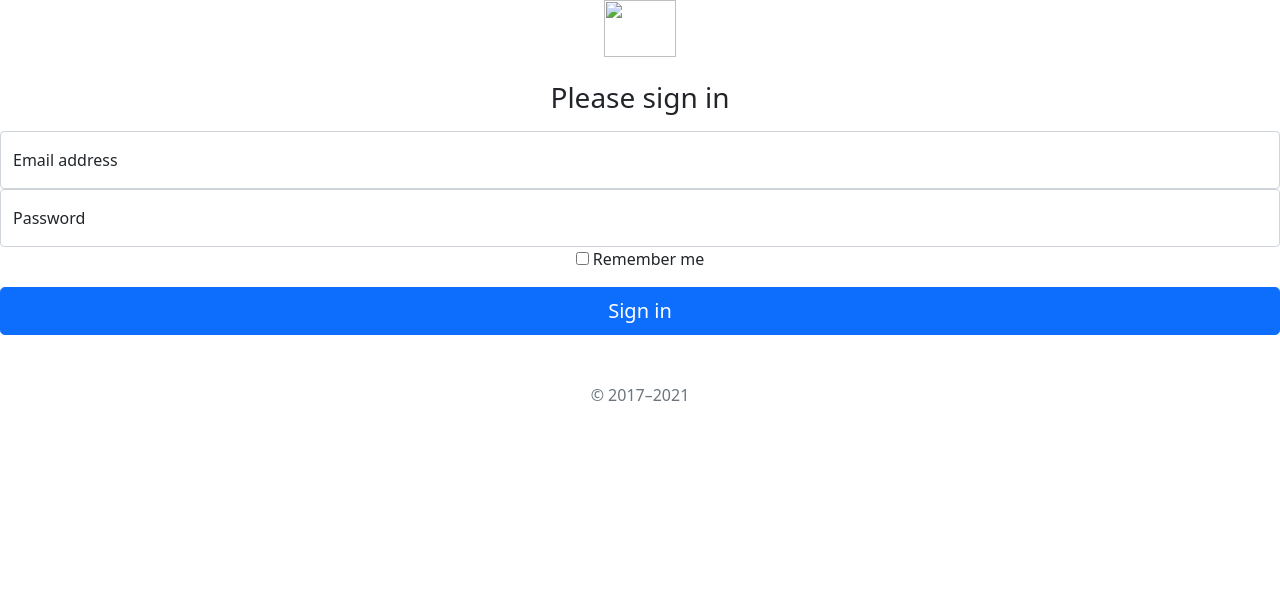
Repository: gustavo491/Dashboard
Page: http://localhost/login
These files come from the project's save history. The page is drawn as it stood at one moment and after the next save; the edit follows.
The browser window is 1280 px wide. The pictures show the whole page.
The page is served by the project's Laravel application, run on PHP 8.4 with Laravel 8. Other server files are loaded and not shown.

Above is the page before, as saved 2021-07-05 14:19:11.

### routes/web.php
<?php

use Illuminate\Support\Facades\Route;
use App\Http\Controllers\AuthController;

/*
|--------------------------------------------------------------------------
| Web Routes
|--------------------------------------------------------------------------
|
| Here is where you can register web routes for your application. These
| routes are loaded by the RouteServiceProvider within a group which
| contains the "web" middleware group. Now create something great!
|
*/

Route::get('/', function () {
    return view('welcome');
});

Route::get('/login', [AuthController::class, 'login']);
//Router::post('/mydocuments/sign', 'Guest@signMyDocuments');

### app/Http/Controllers/AuthController.php
<?php

namespace App\Http\Controllers;

use Illuminate\Http\Request;

class AuthController extends Controller
{
    public function Login(){


        return view('admin/login');
    }
}

### resources/views/admin/login.blade.php
<!doctype html>
<html lang="pt-br">
  <head>
    <meta charset="utf-8">
    <meta name="viewport" content="width=device-width, initial-scale=1">
    <meta name="description" content="">
    <meta name="author" content="Mark Otto, Jacob Thornton, and Bootstrap contributors">
    <meta name="generator" content="Hugo 0.84.0">
    <title>Signin Template · Bootstrap v5.0</title>

    <link rel="canonical" href="https://getbootstrap.com/docs/5.0/examples/sign-in/">



    <!-- Bootstrap core CSS -->
<link href="assets/css/bootstrap.min.css" rel="stylesheet">

    <style>
      .bd-placeholder-img {
        font-size: 1.125rem;
        text-anchor: middle;
        -webkit-user-select: none;
        -moz-user-select: none;
        user-select: none;
      }

      @media (min-width: 768px) {
        .bd-placeholder-img-lg {
          font-size: 3.5rem;
        }
      }
    </style>


    <!-- Custom styles for this template -->
    <link href="signin.css" rel="stylesheet">
  </head>
  <body class="text-center">

<main class="form-signin">
  <form>
    <img class="mb-4" src="../assets/brand/bootstrap-logo.svg" alt="" width="72" height="57">
    <h1 class="h3 mb-3 fw-normal">Please sign in</h1>

    <div class="form-floating">
      <input type="email" class="form-control" id="floatingInput" placeholder="name@example.com">
      <label for="floatingInput">Email address</label>
    </div>
    <div class="form-floating">
      <input type="password" class="form-control" id="floatingPassword" placeholder="Password">
      <label for="floatingPassword">Password</label>
    </div>

    <div class="checkbox mb-3">
      <label>
        <input type="checkbox" value="remember-me"> Remember me
      </label>
    </div>
    <button class="w-100 btn btn-lg btn-primary" type="submit">Sign in</button>
    <p class="mt-5 mb-3 text-muted">&copy; 2017–2021</p>
  </form>
</main>



  </body>
</html>

Loaded but not shown: app/Http/Controllers/Controller.php (common file); public/css/bootstrap.min.css (library); css/signin.css (common file)

After the next save:
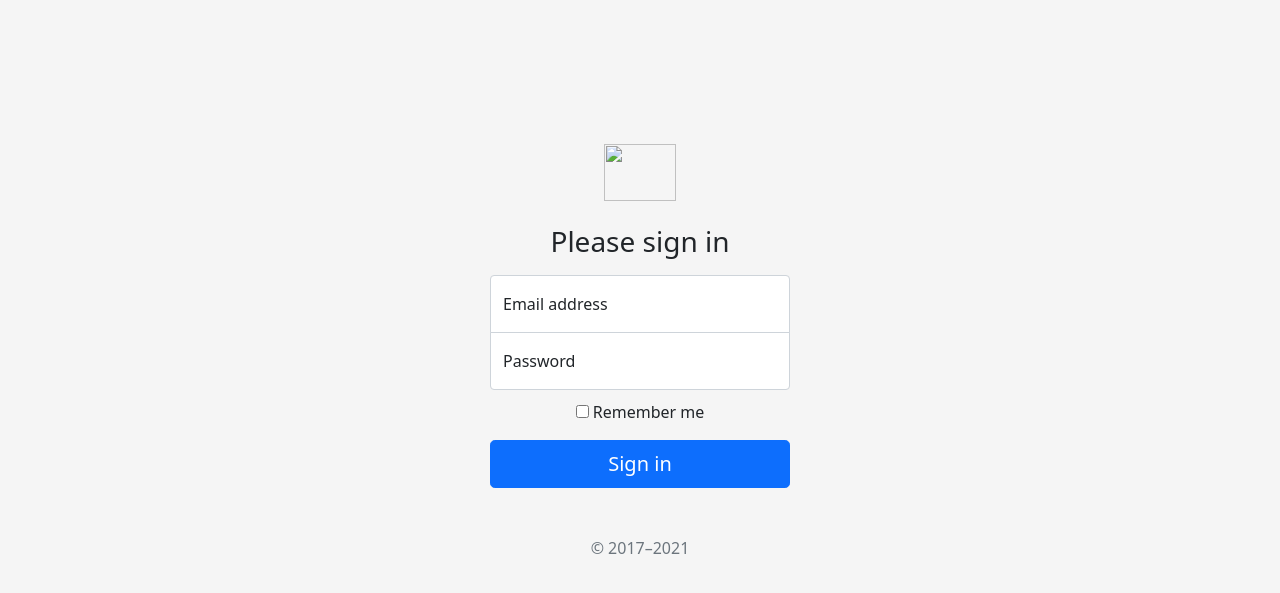
Saved 28 s later.
--- a/resources/views/admin/login.blade.php
+++ b/resources/views/admin/login.blade.php
@@ -33,7 +33,7 @@
 
 
     <!-- Custom styles for this template -->
-    <link href="signin.css" rel="stylesheet">
+    <link href="assets/css/signin.css" rel="stylesheet">
   </head>
   <body class="text-center">
 
